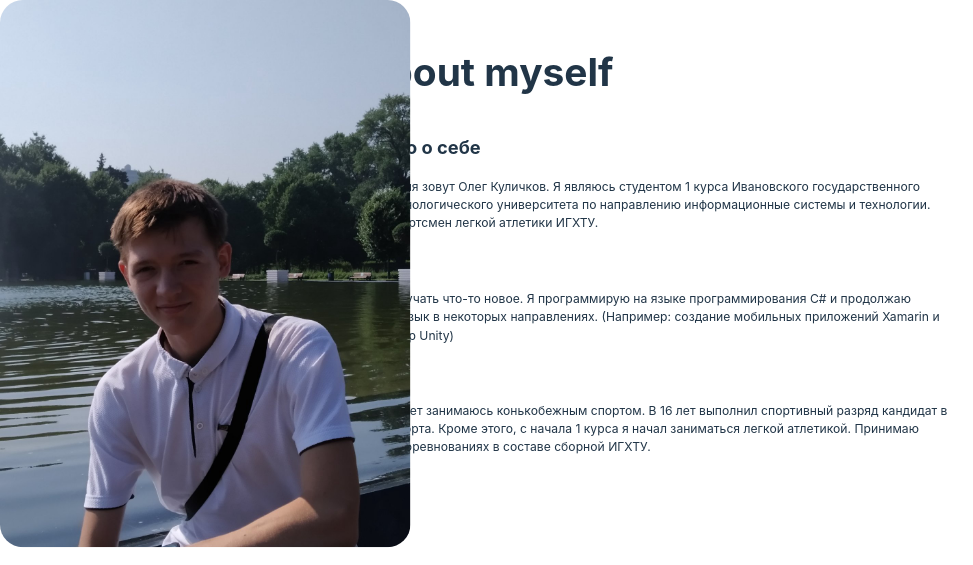
Repository: HubOl01/my_profile
Page: /
An editor plug-in stored every save of this project. The page is shown before and after a run of saves, followed by the edit.
The browser window is 1280 px wide. The pictures show the whole page, at 76% of full size.
The project was rebuilt for these pictures with package versions that can differ from the ones it lists, and the page was loaded fresh each time. Also part of the build but not shown: vite.config.ts.

Above is the page before, as saved 2024-03-06 08:40:07.

After the next 2 saves:
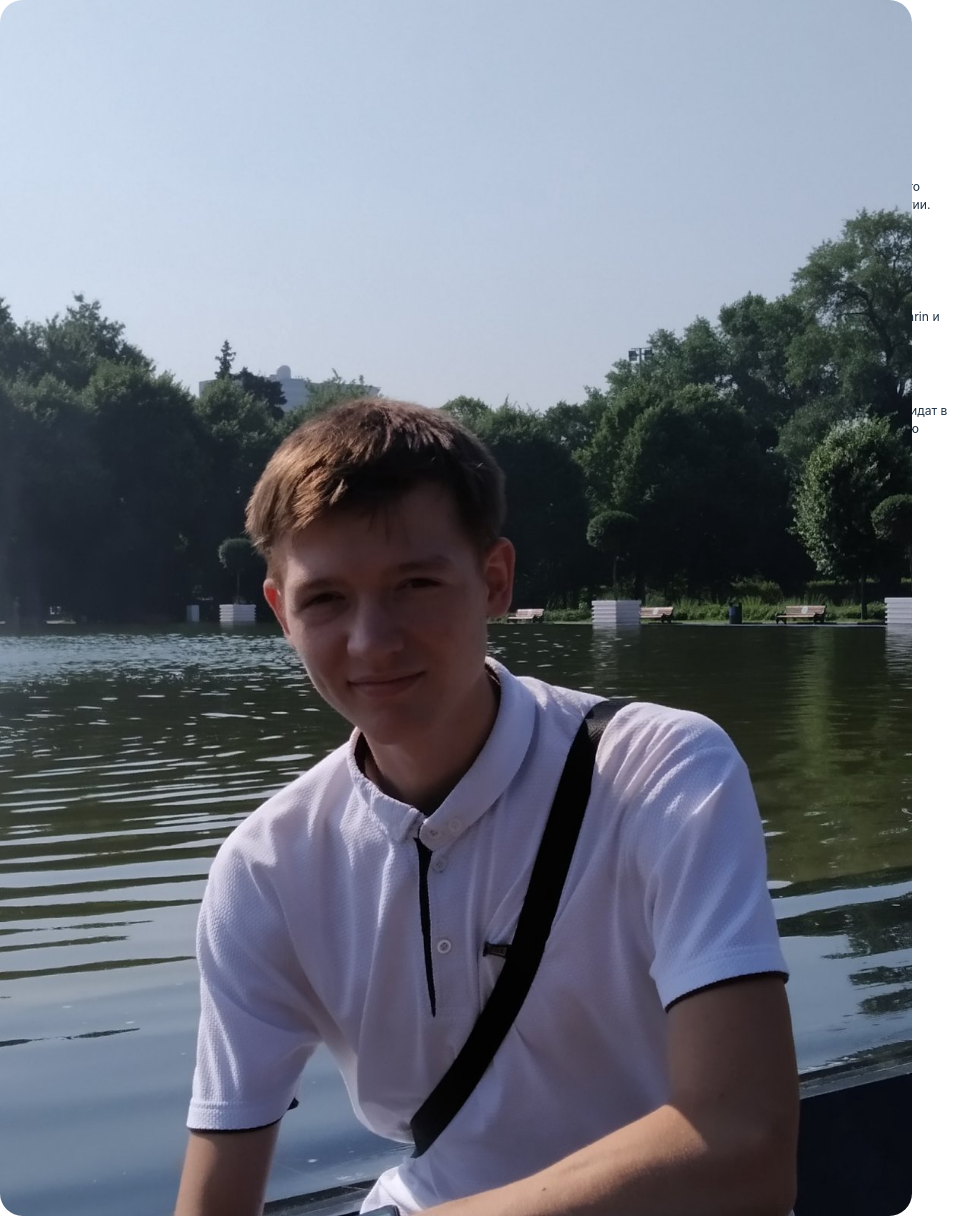
The 2 saves are shown as one change because they came seconds apart.
The last was saved 25 s later.
--- a/src/components/left/LeftBar.tsx
+++ b/src/components/left/LeftBar.tsx
@@ -23,7 +23,7 @@ const LeftBar = () => {
               // position: "absolute",
               left: 0,
               top: 0,
-              height: "100%", //auto
+              with: "100%", //auto
               // maxWidth:"100%"
               objectFit: "scale-down"
               // backgroundSize: 'contain',
